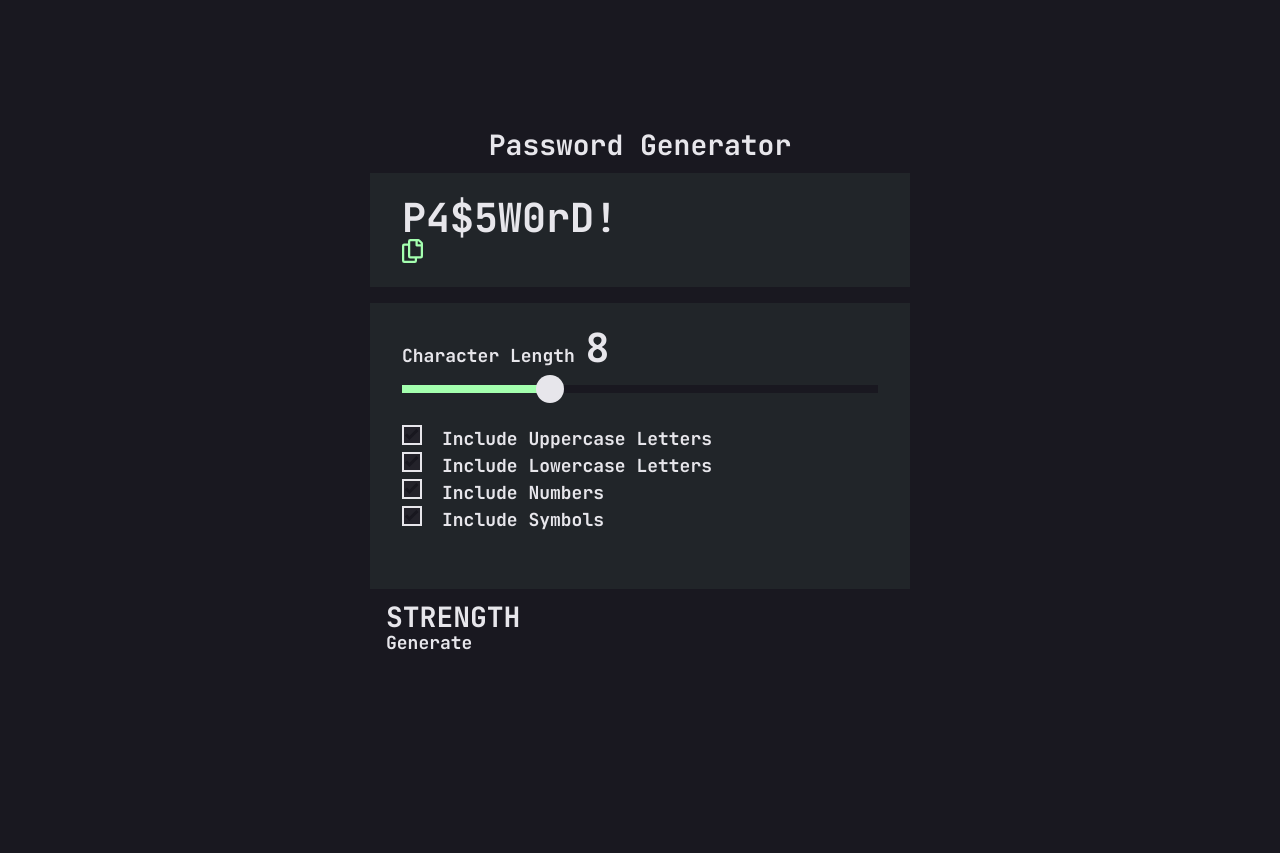
Repository: blordeus/password-generator-app
Page: starter-code/index.html
An editor plug-in stored every save of this project. The page is shown before and after the next save, followed by the edit.
The browser window is 1280 px wide. The pictures show the whole page.

Above is the page before, as saved 2023-10-05 20:16:42.
Console error: TypeError: Cannot read properties of null (reading 'classList')

After the next save:
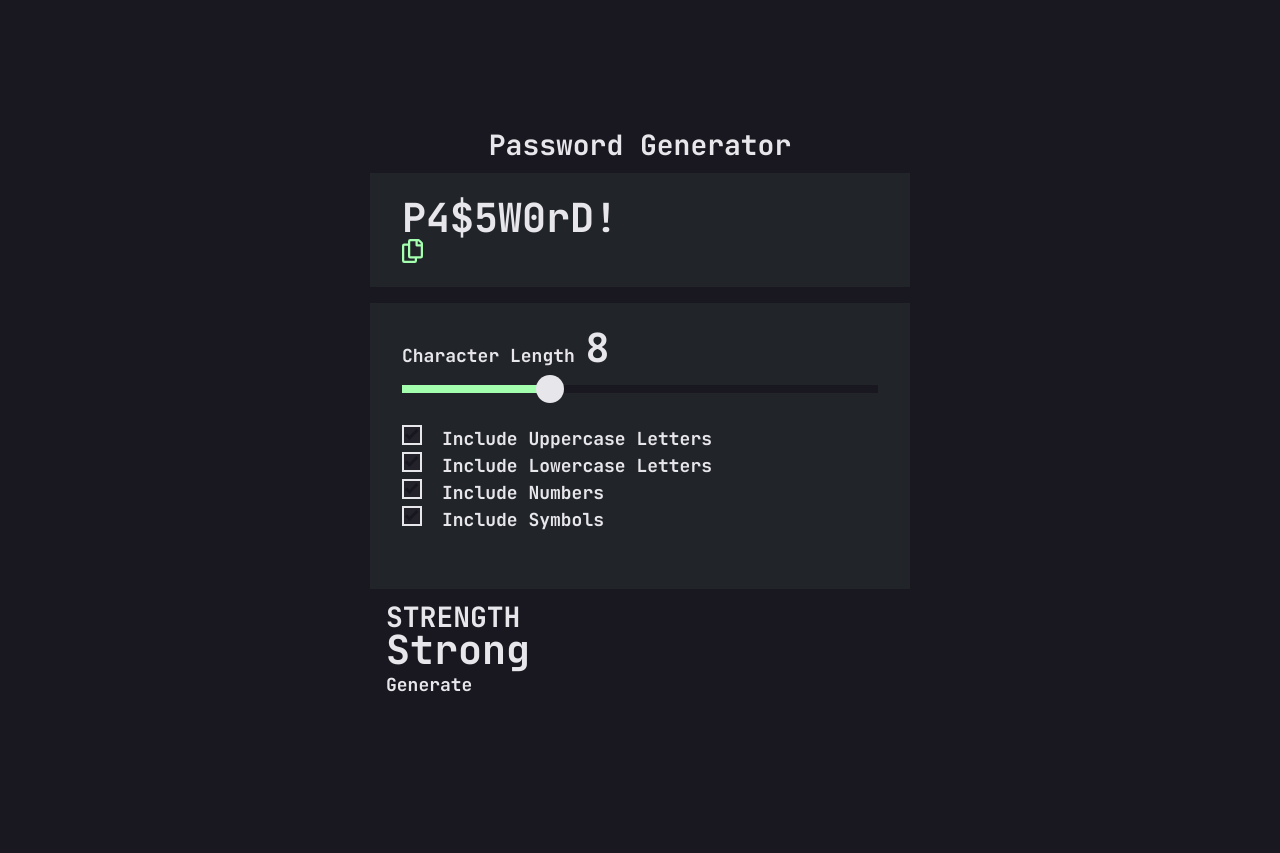
Saved 4 s later.
--- a/starter-code/index.html
+++ b/starter-code/index.html
@@ -55,7 +55,8 @@
     <div class="strength flex">
       <h2 class="fs-3 text-grey uppercase">Strength</h2>
       <div class="strengthLvl flex">
-
+        <p class="fs-1 text-grey" id="strong"></p>
+        <p class="fs-1 text-grey">Strong</p>
 
       </div>
       Generate

After the 2 saves that followed:
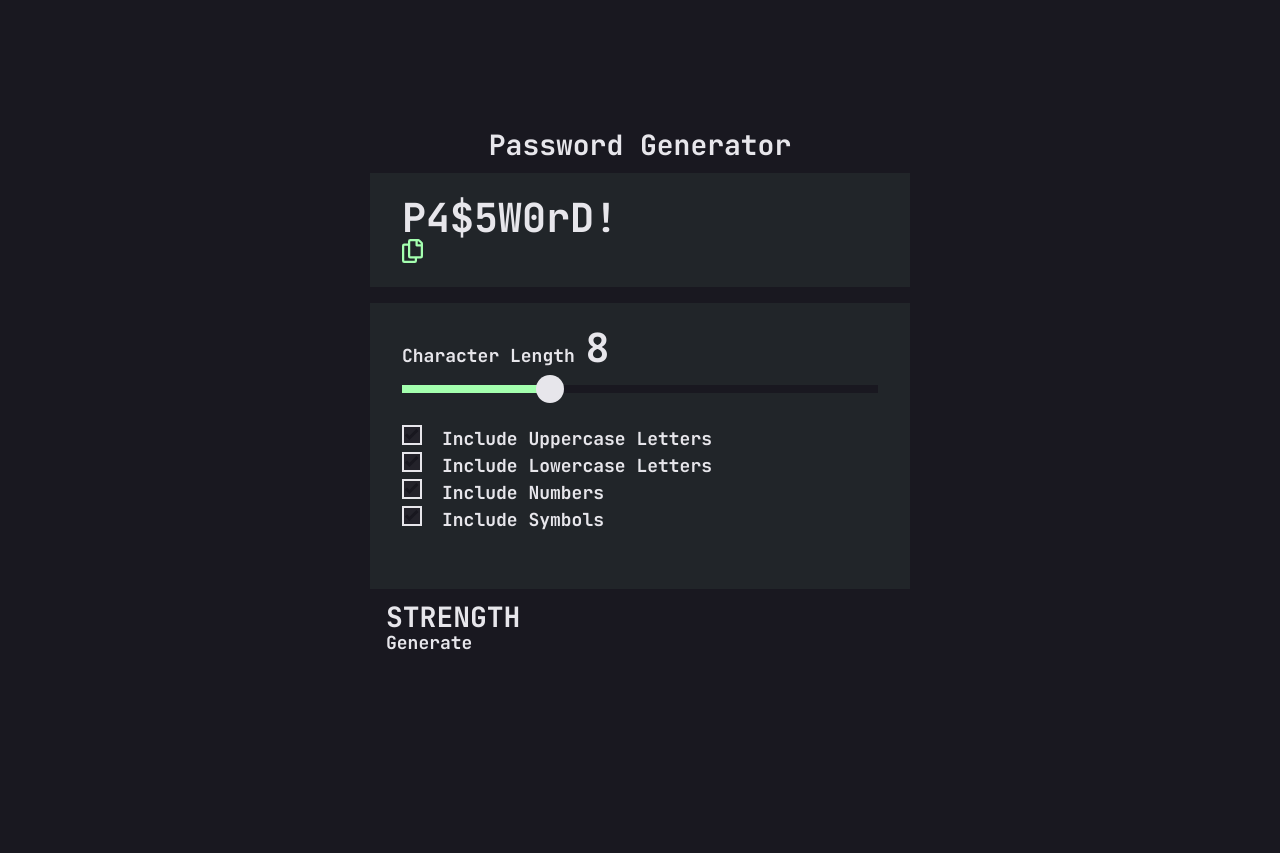
The 2 saves are shown as one change because 1 left the picture as it was.
The last was saved 18 s later.
--- a/starter-code/index.html
+++ b/starter-code/index.html
@@ -55,8 +55,7 @@
     <div class="strength flex">
       <h2 class="fs-3 text-grey uppercase">Strength</h2>
       <div class="strengthLvl flex">
-        <p class="fs-1 text-grey" id="strong"></p>
-        <p class="fs-1 text-grey">Strong</p>
+
 
       </div>
       Generate
